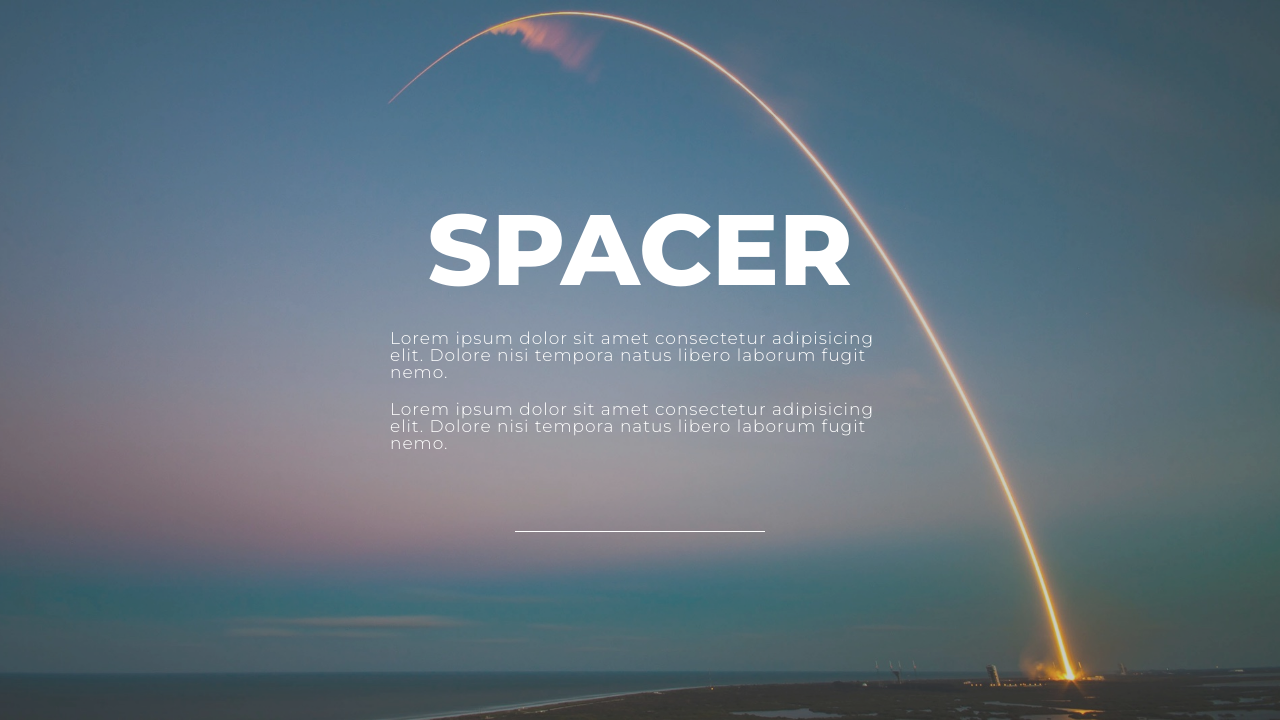
Repository: Trelefele/spacer-roman
Page: /
An editor plug-in stored every save of this project. The page is shown before and after the next save, followed by the edit.
The browser window is 1280 px wide. The pictures show the whole page.
The project was rebuilt for these pictures with package versions that can differ from the ones it lists, and the page was loaded fresh each time. Also part of the build but not shown: src/components/Item.vue.

Above is the page before, as saved 2019-02-06 21:49:48.

### public/index.html
<!DOCTYPE html>
<html lang="en">
  <head>
    <meta charset="utf-8">
    <meta http-equiv="X-UA-Compatible" content="IE=edge">
    <meta name="viewport" content="width=device-width,initial-scale=1.0">
    <link rel="icon" href="<%= BASE_URL %>favicon.ico">
    <!-- <script src="https://unpkg.com/axios/dist/axios.min.js"></script> -->
    <title>spacer-roman</title>
  </head>
  <body>
    <noscript>
      <strong>We're sorry but spacer-roman doesn't work properly without JavaScript enabled. Please enable it to continue.</strong>
    </noscript>
    <div id="app"></div>
    <!-- built files will be auto injected -->
  </body>
</html>

### src/main.js
import Vue from 'vue';
import App from './App.vue';

Vue.config.productionTip = false;

new Vue({
  render(h) { return h(App); },
}).$mount('#app');

### src/App.vue
<template>
  <div class="app">
    <div :class="[{flexStart:step === 1 }, 'wrapper']">
      <transition name="slide">
        <img src="./assets/logo.svg" alt="Its site's logo" class="logo" v-if="step === 1">
      </transition>
      <transition name="fade">
        <HeroImage v-if="step === 0"/>
      </transition>
      <Claim v-if="step === 0"/>
      <SearchInput v-model="searchValue" @input="handleInput" :dark="step === 1"/>
      <div class="results" v-if="results && !loading && step === 1">
        <Item v-for="item in results" :item="item" :key="item.data[0].nasa_id"  />
      </div>
    </div>
  </div>
</template>

<script>
import axios from 'axios';
import debounce from 'lodash.debounce';
import Claim from '@/components/Claim.vue';
import HeroImage from '@/components/HeroImage.vue';
import SearchInput from '@/components/SearchInput.vue';
import Item from '@/components/Item.vue';

const API = 'https://images-api.nasa.gov/search';

export default {
  name: 'App',
  components: {
    Claim,
    SearchInput,
    HeroImage,
    Item,
  },
  data() {
    return {
      loading: false,
      step: 0,
      searchValue: '',
      results: [],
    };
  },
  methods: {
    // eslint-disable-next-line
    handleInput: debounce(function(){
      this.loading = true;
      console.log(this.searchValue);
      axios.get(`${API}?q=${this.searchValue}&media_type=image`)
        .then((response) => {
          // this.results = response.data.collection.items;
          this.results = response.data.collection.items;
          this.loading = false;
          this.step = 1;
        })
        .catch((error) => {
          console.log(error);
        });
    }, 500),
  },
};
</script>

<style lang="scss" >
@import url('https://fonts.googleapis.com/css?family=Montserrat:300,400,600,800');

* {
  box-sizing: border-box;
  -webkit-font-smoothing: antialiased;
  -moz-asx-font-smoothing: antialiased;
  font-family: 'Montserrat', sans-serif;
  margin: 0;
  padding: 0;
}

.fade-enter-active, .fade-leave-active {
  transition: opacity .3s ease;
}
.fade-enter, .fade-leave-to{
  opacity: 0;
}

.slide-enter-active, .slide-leave-active {
  transition: opacity .3s ease;
}
.slide-enter, .slide-leave-to{
  margin-top: -50px
}

.wrapper {
    margin: 0;
    position: relative;
    width: 100%;
    min-height: 100vh;
    padding: 30px;
    display: flex;
    flex-direction: column;
    align-items: center;
    justify-content: center;

    &.flexStart{
      justify-content: flex-start;
    }
}

.logo{
  position: absolute;
  top: 40px;
}

.results{

  margin: 50px;
  display: grid;
  grid-template-columns: 1fr 1fr;
  grid-gap: 20px;

  @media (min-width: 768px) {
    grid-template-columns: 1fr 1fr 1fr;
  }
}
</style>

### src/components/Claim.vue
<template>
  <div class="claimWrapper">
    <h1 class="claim">SPACER</h1>
    <p class="subclaim">
      Lorem ipsum dolor sit amet consectetur adipisicing elit.
      Dolore nisi tempora natus libero laborum fugit nemo.
    </p>
    <p class="subclaim">
      Lorem ipsum dolor sit amet consectetur adipisicing elit.
      Dolore nisi tempora natus libero laborum fugit nemo.
    </p>
  </div>
</template>

<script>
export default {
  name: "Claim"
};
</script>

<style lang="scss" scoped>
.claimWrapper {
  display: flex;
  flex-direction: column;
  justify-content: center;
  align-items: center;
  color: white;
  margin: 0;
}

.claim {
  font-size: 50px;
  margin: 0;

    @media (min-width: 768px) {
        font-size: 80px;
    }
    @media (min-width: 1024px) {
        font-size: 100px;
    }
}

.subclaim {
  margin: 20px 0 0 0;
  font-size: 13px;
  font-weight: 300;

    @media (min-width: 768px) {
        font-size: 17px;
        line-height: 1;
        letter-spacing: 1px;
        width: 500px;
    }
}
</style>

### src/components/HeroImage.vue
<template>
    <div class="heroImage"/>
</template>

<script>
export default {
    name: "HeroImage"
}
</script>

<style lang="scss" scoped>
.heroImage{
    position: fixed;
    top: 0;
    z-index: -1;
    width: 100%;
    height: 100vh;
    background-image: url('../assets/heroimage.jpg');
    background-repeat: no-repeat;
    background-size: cover;
    background-position: 80%, 0%;
}
.heroImage::after {
    content: '';
    background: rgba(0,0,0, .2);
    position: absolute;
    top: 0;
    left: 0;
    z-index: 1;
    width: 100%;
    height: 100vh;
}
</style>

### src/components/SearchInput.vue
<template>
  <input
    id="search"
    name="search"
    :value="value"
    :class="{ dark }"
    @input="handleChange"
  />
</template>
<script>
export default {
  name: 'SearchInput',
  props: {
    value: {
      type: String,
      required: true,
    },
    dark: {
      type: Boolean,
      default: false,
    },
  },
  methods: {
    handleChange(e) {
      this.$emit('input', e.target.value);
    },
  },
};
</script>
<style lang="scss" scoped>
  input {
    margin-top: 50px;
    display: flex;
    width: 250px;
    color: white;
    text-align: center;
    font-size: 18px;
    font-weight: 300;
    height: 30px;
    border: 0;
    background: none;
    border-bottom: 1px solid white;
    transition: box-shadow .3s ease-out;

    @media (min-width: 1024px) {
      font-weight: 400;
    }
  }

  input:focus {
    outline: none;
    box-shadow: 0 10px 20px -8px rgba(255,255,255, .5);
  }

  .dark {
    color: #1e3d4a;
    border-bottom-color: #1e3d4a;
  }

  .dark:focus {
    box-shadow: 0 10px 20px -8px rgba(#1e3d4a, .2);
  }
</style>

### src/components/Modal.vue
<template>
    <div class="outerWrapper">
        <div class="innerWrapper">
            <div class="photos">

            </div>
            <div class="description">
                <h2 class="title">Lorem ipsum</h2>
                <p class="description">Lorem ipsum dolor sit amet, consectetur adipisicing
                     elit. Odio dignissimos sunt debitis quas dolorum, quis eum maiores
                     recusandae voluptatem assumenda quae? Eligendi expedita placeat
                      voluptates voluptatem voluptas error inventore obcaecati.</p>
            </div>
        </div>
        <div class="close"/>>
    </div>
</template>

<script>
export default {
    name: 'Modal',
};
</script>

<style lang="scss" scoped>
    .outerWrapper{
        max-width: 100%;
        position: fixed;
        top: 0;
        left: 0;
    }
    .innerWrapper{
        display: flex;
        height: 100%;
        padding: 50px;
        justify-content: center;
        align-items: center;
    }
</style>

After the next save:
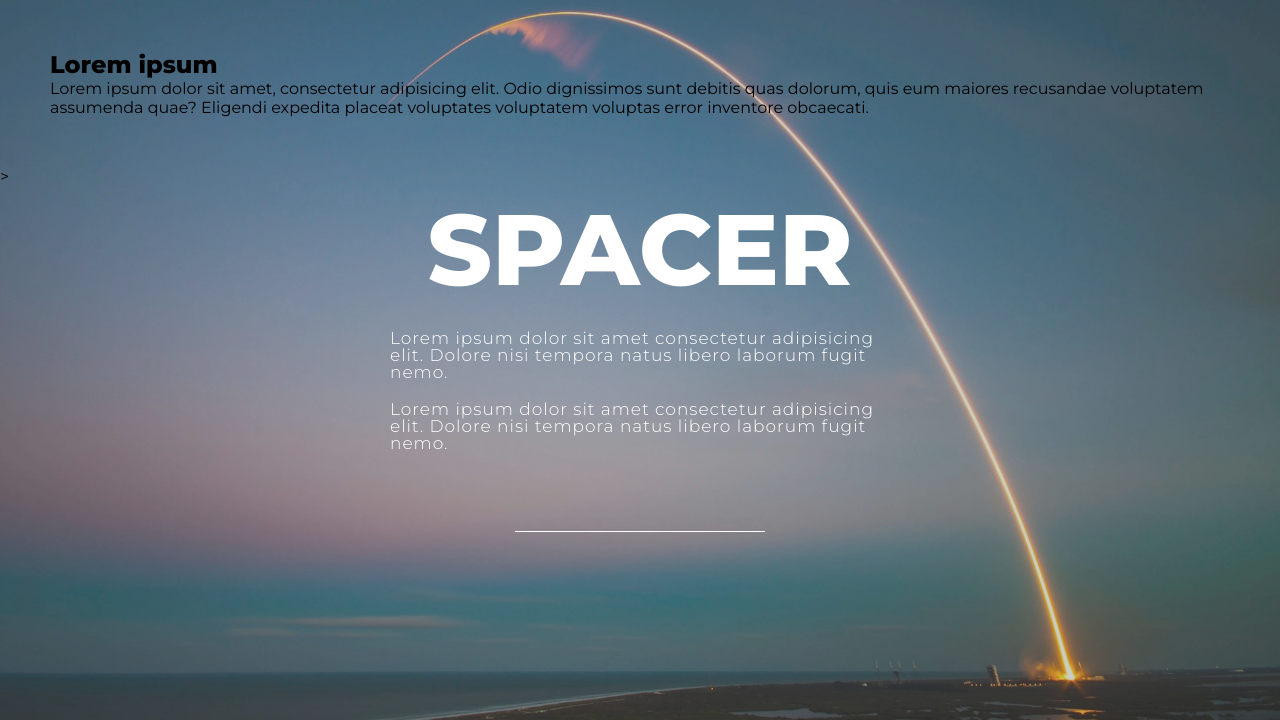
Saved 110 s later.
--- a/src/App.vue
+++ b/src/App.vue
@@ -13,6 +13,7 @@
         <Item v-for="item in results" :item="item" :key="item.data[0].nasa_id"  />
       </div>
     </div>
+    <Modal/>
   </div>
 </template>
 
@@ -23,6 +24,7 @@
 import HeroImage from '@/components/HeroImage.vue';
 import SearchInput from '@/components/SearchInput.vue';
 import Item from '@/components/Item.vue';
+import Modal from '@/components/Modal.vue';
 
 const API = 'https://images-api.nasa.gov/search';
 
@@ -33,6 +35,7 @@
     SearchInput,
     HeroImage,
     Item,
+    Modal,
   },
   data() {
     return {
@@ -110,7 +113,6 @@
 }
 
 .results{
-
   margin: 50px;
   display: grid;
   grid-template-columns: 1fr 1fr;
